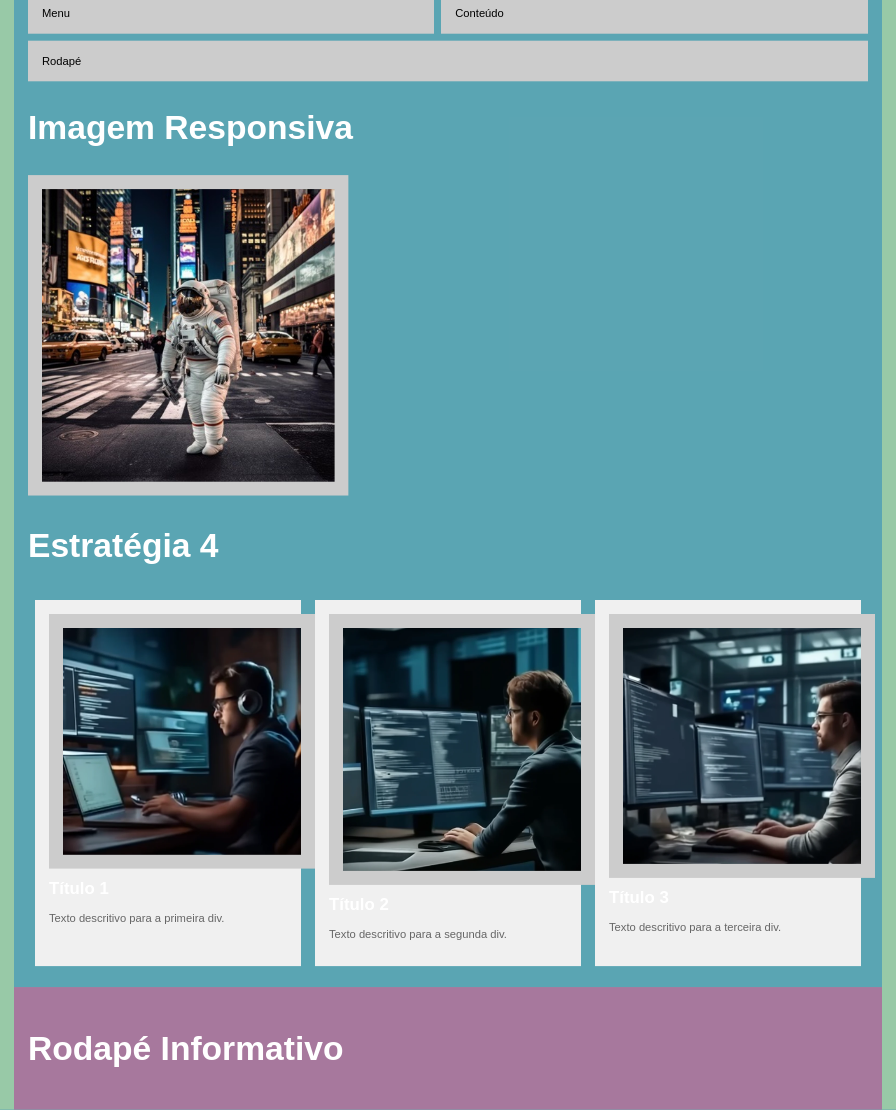
Repository: douglasabnovato/model-lp
Page: index.html
These files come from the project's save history. The page is drawn as it stood at one moment and after the next save; the edit follows.
The browser window is 1280 px wide. The pictures show the part of the page from y = 923 to 2843 px (the page is 2508 px tall before and 3210 px after), at 70% of full size.

Above is the page before, as saved 2025-02-25 12:21:12.

### index.html
<!DOCTYPE html>
<html lang="pt-br">
  <head>
    <meta charset="UTF-8" />
    <meta name="viewport" content="width=device-width, initial-scale=1.0" />
    <title>Filmes Épicos</title>
    <link rel="stylesheet" type="text/css" href="./style.css" />
  </head>
  <body>
    <header>
      <h2>Meu Site Incrível</h2>
    </header>
    <main>
      <h2>Estratégia 1</h2>
      <p>Mobile-First com Media Queries</p>
      <p>Elementos: header main footer</p>

      <h2>Estratégia 2</h2>
      <p>Flexbox para Layouts Flexíveis</p>
      <p>Estratégia 2</p>
      <div class="flex-container">
        <div class="flex-item">Mobile-First com Media Queries</div>
        <div class="flex-item">Flexbox para Layouts Flexíveis</div>
        <div class="flex-item">CSS Grid para Layouts Complexos</div>
      </div>

      <h2>Estratégia 3</h2>
      <p>CSS Grid para Layouts Complexos</p>
      <p>Estratégia 3</p>
      <div class="grid-container">
        <div class="grid-item">Cabeçalho</div>
        <div class="grid-item">Menu</div>
        <div class="grid-item">Conteúdo</div>
        <div class="grid-item">Rodapé</div>
      </div>

      <h2>Imagem Responsiva</h2>
      <div class="imgResponsive">
        <img
          src="./assets/astronauta-418.jpg"
          alt="Astronauta"
        />
      </div>

      <h2>Estratégia 4</h2>
      <div class="container">
        <div class="filha">
          <img src="./assets/developer-1.png" alt="Descrição 1">
          <h2>Título 1</h2>
          <p>Texto descritivo para a primeira div.</p>
        </div>
        <div class="filha">
          <img src="./assets/developer-2.png" alt="Descrição 2">
          <h2>Título 2</h2>
          <p>Texto descritivo para a segunda div.</p>
        </div>
        <div class="filha">
          <img src="./assets/developer-3.png" alt="Descrição 3">
          <h2>Título 3</h2>
          <p>Texto descritivo para a terceira div.</p>
        </div>
      </div>



    </main>
    <footer>
      <h2>Rodapé Informativo</h2>
    </footer>
  </body>
</html>

### style.css
/* Estilos base para mobile */
body {
  font-family: Arial, sans-serif;
  margin: 0;
  background-color: #65691c77;
}

h2 {
  color: white;
  font-size: clamp(2rem, 5vw, 3rem);
}

header,
main,
footer {
  padding: 20px;
}

header {
  background-color: #5b0a8777;
}

main {
  background-color: #157bc077;
}

.flex-container {
  display: flex;
  flex-wrap: wrap;
  gap: 20px;
}

.flex-item {
  background-color: #ccc;
  padding: 20px;
  flex: 1 1 200px;
  box-sizing: border-box;
}

.grid-container {
  display: grid;
  grid-template-areas:
    "header header"
    "menu content"
    "footer footer";
  grid-gap: 10px;
}

.grid-item {
  background-color: #ccc;
  padding: 20px;
}

.grid-item:nth-child(1) {
  grid-area: header;
}

.grid-item:nth-child(2) {
  grid-area: menu;
}

.grid-item:nth-child(3) {
  grid-area: content;
}

.grid-item:nth-child(4) {
  grid-area: footer;
}

.imgResponsive{
    margin: 0;
    padding: 0;
  }

  img {
      padding: 20px;
      background-color: #ccc;
  }

footer {
  background-color: #b81b9377;
}

/* Media Query para telas maiores */
@media (min-width: 768px) {
  body {
    background-color: #238d4377;
  }

  header,
  main,
  footer {
    max-width: 1200px;
    margin: 0 auto;
  }
}

.container {
    display: flex;
    flex-wrap: wrap; /* Permite que as divs filhas "quebrem" para a próxima linha em telas menores */
    justify-content: space-between; /* Espaça as divs uniformemente */
  }

  .filha {
    flex: 1 1 30%; /* Cresce, encolhe e ocupa inicialmente 30% do espaço */
    box-sizing: border-box; /* Inclui padding e border no total da largura e altura */
    margin: 10px;
    padding: 20px;
    background-color: #f0f0f0;
  }

  .filha img {
    width: 100%;
    height: auto;
  }

  .filha h2 {
    font-size: 1.5em;
    margin-top: 10px;
  }

  .filha p {
    font-size: 1em;
    color: #666;
  }

  @media (max-width: 768px) {
    .filha {
      flex-basis: 100%; /* Em telas menores, cada div filha ocupa 100% da largura */
    }
  }

After the next save:
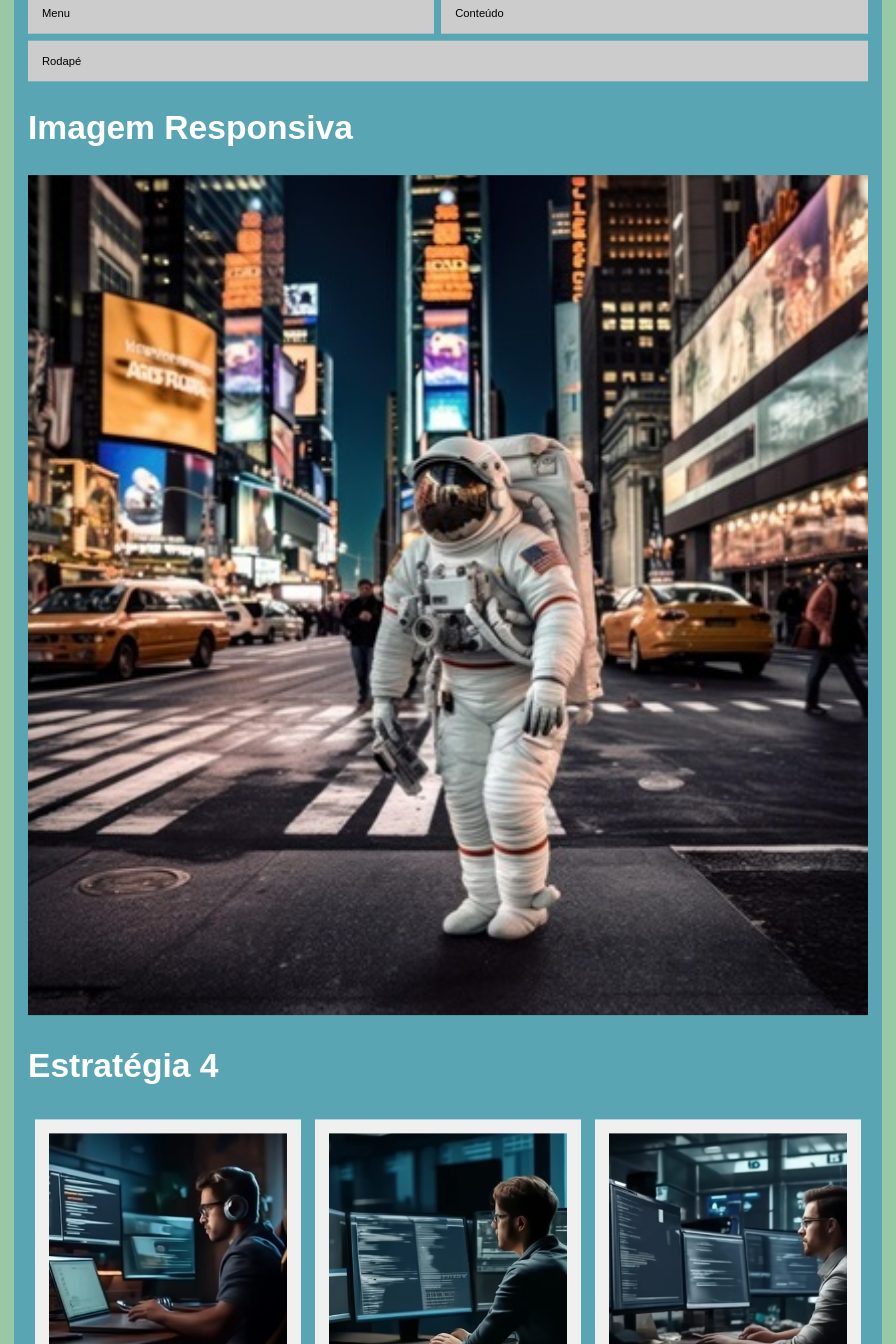
Saved 107 s later.
--- a/style.css
+++ b/style.css
@@ -73,7 +73,8 @@ main {
   }
 
   img {
-      padding: 20px;
+    width: 100%;
+    height: auto;
       background-color: #ccc;
   }
 
